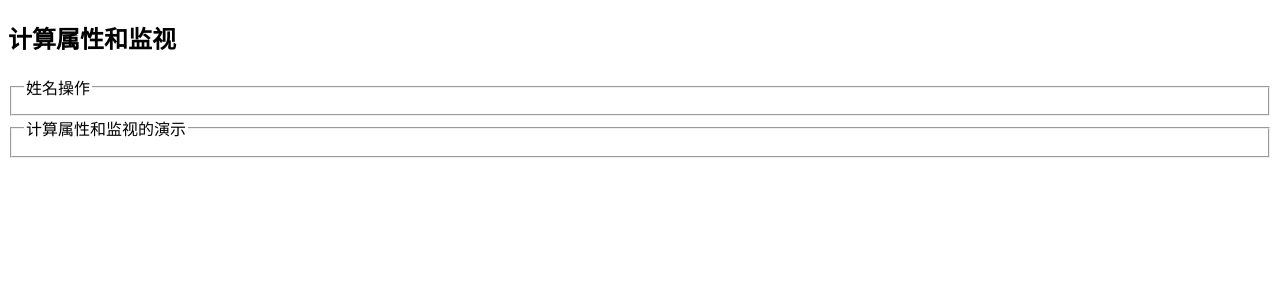
Repository: zhuhongxiang/Vue3.0-TSLeaning
Page: / (app in 04_Vue3/vue3_learning/)
An editor plug-in stored every save of this project. The page is shown before and after the next save, followed by the edit.
The browser window is 1280 px wide. The pictures show the whole page.
The project was rebuilt for these pictures with package versions that can differ from the ones it lists, and the page was loaded fresh each time.

Above is the page before, as saved 2021-07-26 10:56:15.

After the next save:
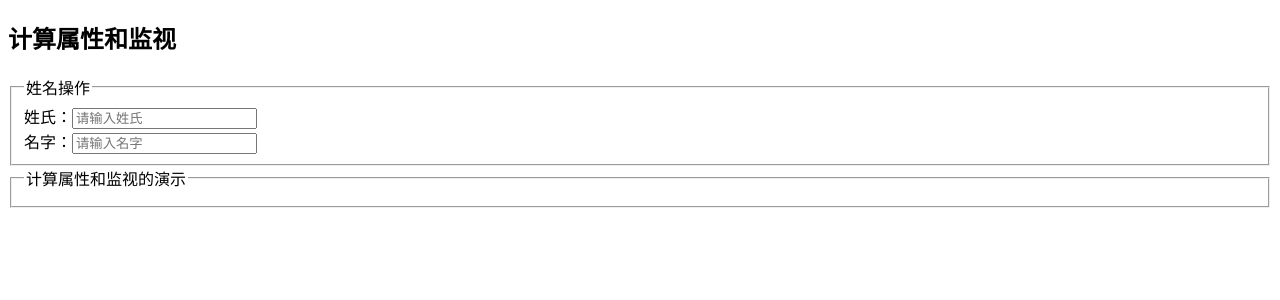
Saved 5 min 45 s later.
--- a/04_Vue3/vue3_learning/src/App.vue
+++ b/04_Vue3/vue3_learning/src/App.vue
@@ -2,6 +2,8 @@
   <h2>计算属性和监视</h2>
   <fieldset>
     <legend>姓名操作</legend>
+    姓氏：<input type="text" placeholder="请输入姓氏" /><br />
+    名字：<input type="text" placeholder="请输入名字" />
   </fieldset>
   <fieldset>
     <legend>计算属性和监视的演示</legend>
